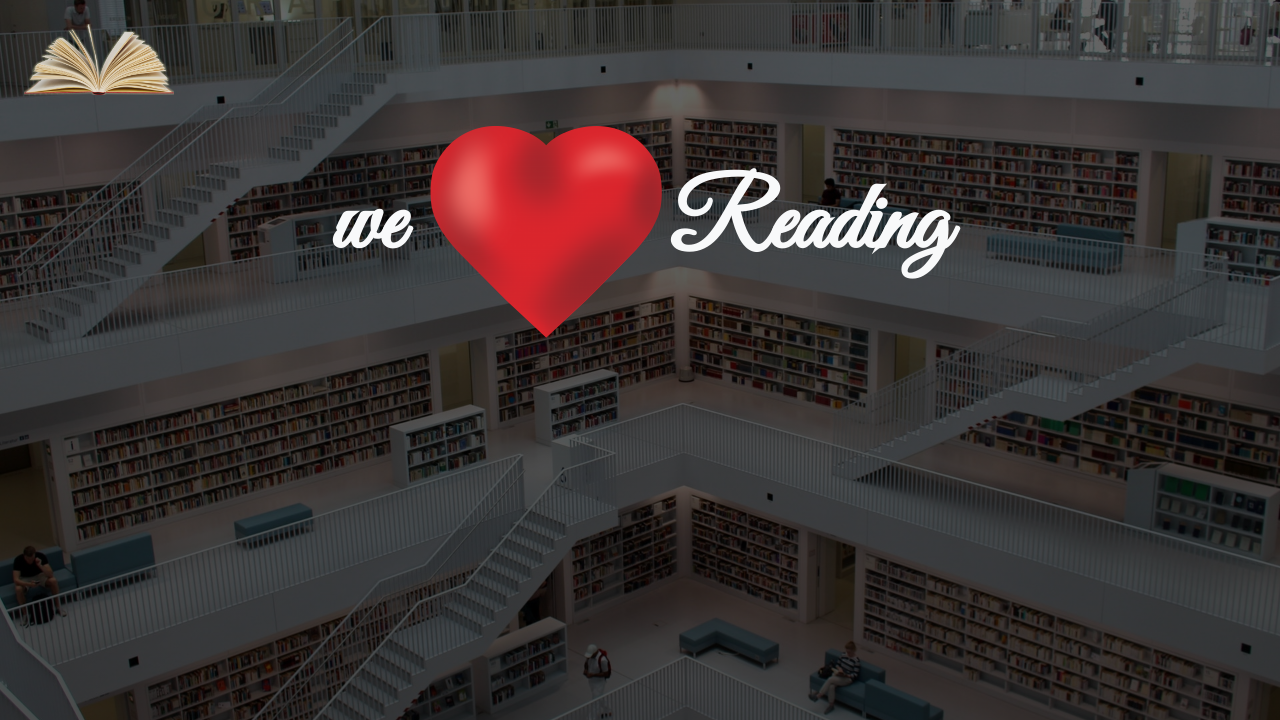
Repository: imedakrouti/BookStore
Page: index.html
An editor plug-in stored every save of this project. The page is shown before and after the next save, followed by the edit.
The browser window is 1280 px wide. The pictures show the whole page.
Some web libraries are served in a nearby version.

Above is the page before, as saved 2020-05-05 15:47:21.

After the next save:
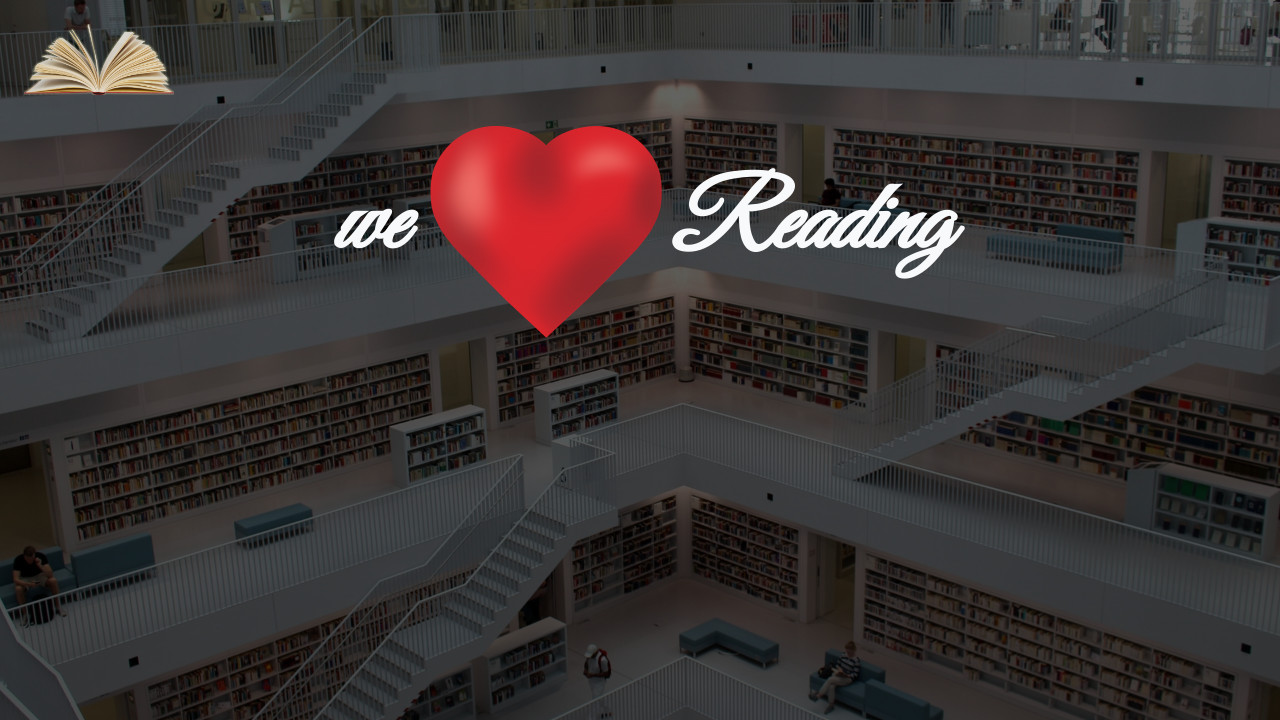
Saved 21 s later.
--- a/index.html
+++ b/index.html
@@ -25,7 +25,7 @@
           <div class="container">
             <div class="row">
                 <div class="col text-center">
-                    <h1 class="text-light display-1 font-weight-bold">we <img src="images/img/heart.png"width="250px" alt="">Reading</h1>
+                    <h1 class="text-light display-1 font-weight-bold font-italic">we <img src="images/img/heart.png"width="250px" alt="">Reading</h1>
                 </div>
             </div>
         </div>
